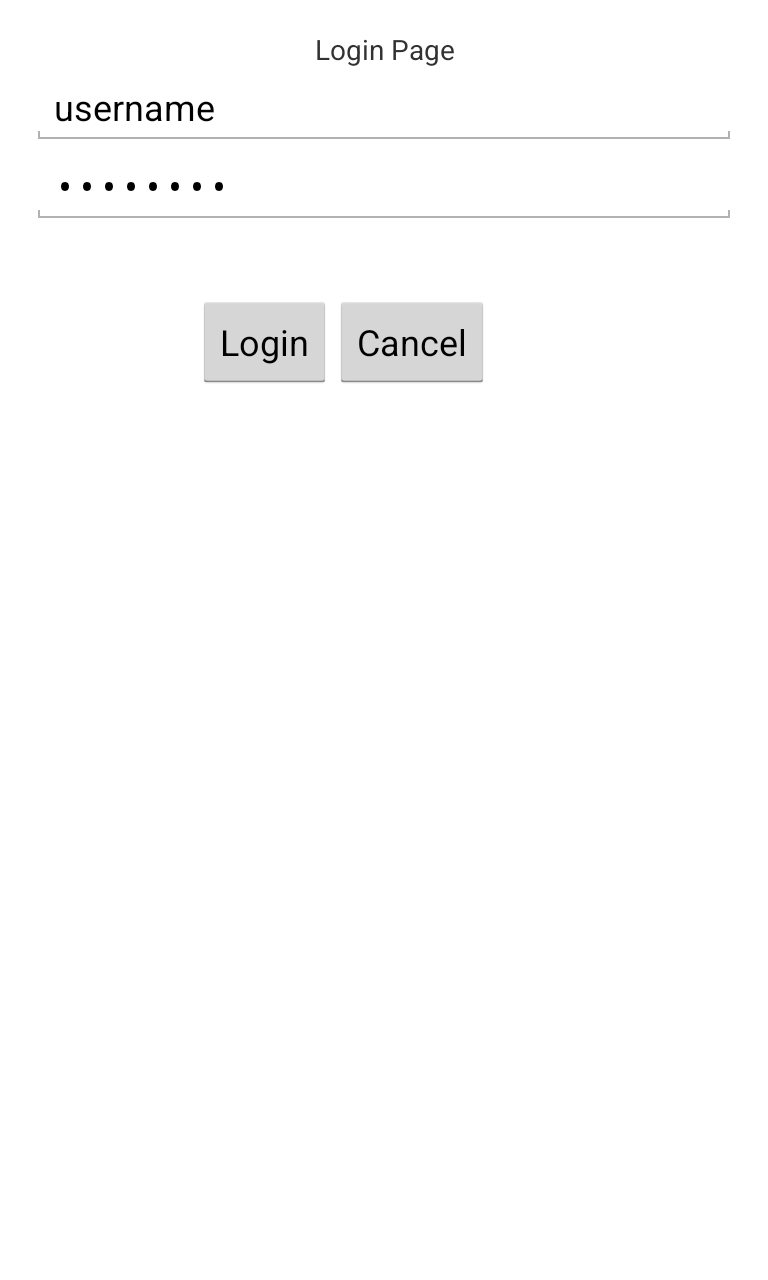
Repository: founderzhl/MarsAndroid
Layout: S01_E15_RelativeLayout02/res/layout/activity_main.xml
The author's editor kept a copy of each file at every save. The layout is drawn from the files as they stood at one save, then again after the next save.
It is drawn on a 768 x 1280 px phone screen (xhdpi) without system bars, with theme AppTheme; the app's code is not run.

Above is the layout before, as saved 2015-01-22 16:32:00.

### S01_E15_RelativeLayout02/res/layout/activity_main.xml
<RelativeLayout xmlns:android="http://schemas.android.com/apk/res/android"
    xmlns:tools="http://schemas.android.com/tools"
    android:layout_width="match_parent"
    android:layout_height="match_parent"
    android:padding="15dp" >

    <TextView
        android:id="@+id/labelView"
        android:layout_width="match_parent"
        android:layout_height="wrap_content"
        android:gravity="center"
        android:text="Login Page" />

        <EditText
        android:id="@+id/usernameText"
        android:layout_width="wrap_content"
        android:layout_height="wrap_content"
        android:text="username"
        android:layout_below="@id/labelView"
        android:layout_alignParentLeft="true"
        android:layout_alignParentRight="true" />

        <EditText
        android:id="@+id/passwordText"
        android:layout_width="wrap_content"
        android:layout_height="wrap_content"
        android:text="password"
        android:inputType="textPassword"
        android:layout_below="@id/usernameText"
        android:layout_alignLeft="@id/usernameText"
        android:layout_alignRight="@id/usernameText" />

        <Button
            android:id="@+id/cancelButton"
            android:layout_width="wrap_content"
            android:layout_height="wrap_content"
            android:layout_below="@+id/passwordText"
            android:layout_marginTop="34dp"
            android:layout_toRightOf="@+id/loginButton"
            android:text="Cancel" />

        <Button
            android:id="@+id/loginButton"
            android:layout_width="wrap_content"
            android:layout_height="wrap_content"
            android:layout_weight="1"

            android:layout_alignBaseline="@+id/cancelButton"
            android:layout_alignBottom="@+id/cancelButton"
            android:layout_alignParentLeft="true"
            android:layout_marginLeft="83dp"
            android:text="Login" />

</RelativeLayout>

Loaded but not shown: S01_E15_RelativeLayout02/res/values/styles.xml (common file); S01_E15_RelativeLayout02/res/values-v11/styles.xml (common file); S01_E15_RelativeLayout02/res/values-v14/styles.xml (common file)

After the next save:
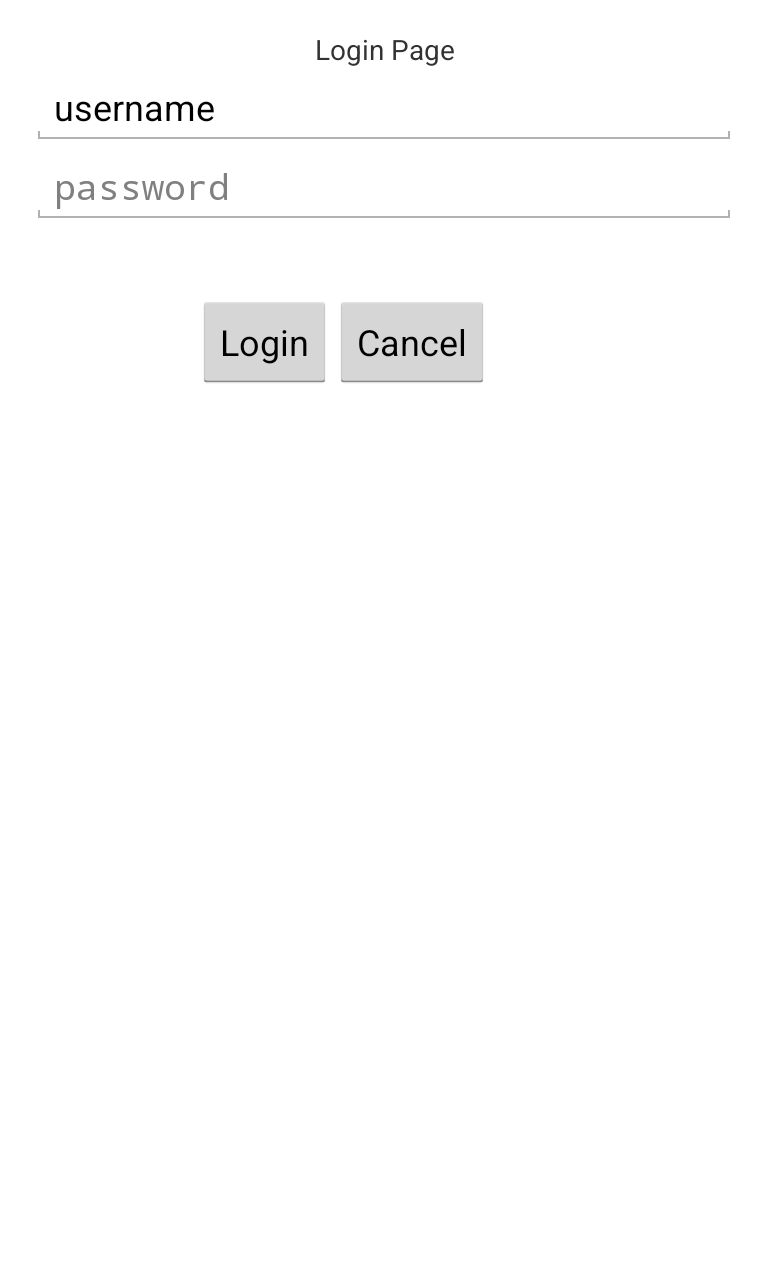
Saved 45 s later.
--- a/S01_E15_RelativeLayout02/res/layout/activity_main.xml
+++ b/S01_E15_RelativeLayout02/res/layout/activity_main.xml
@@ -24,7 +24,7 @@
         android:id="@+id/passwordText"
         android:layout_width="wrap_content"
         android:layout_height="wrap_content"
-        android:text="password"
+        android:hint="password"
         android:inputType="textPassword"
         android:layout_below="@id/usernameText"
         android:layout_alignLeft="@id/usernameText"
